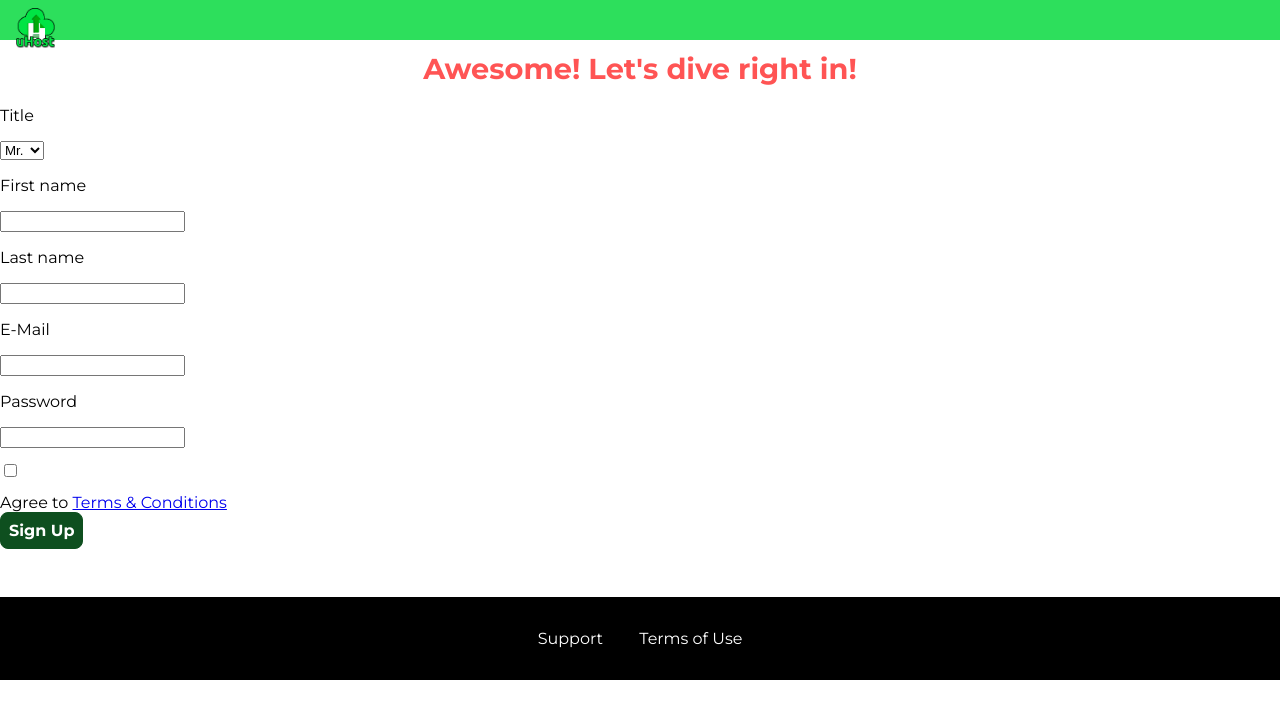
Repository: Nowacki97PL/UdemyCSS
Page: start-hosting/index.html
An editor plug-in stored every save of this project. The page is shown before and after the next save, followed by the edit.
The browser window is 1280 px wide. The page is 1280 px wide, then 1284 px, then 1280 px, so the pictures cover 1284 px, including what lies to the right of the window. The pictures show the whole page.

Above is the page before, as saved 2023-11-30 09:32:46.

After the next save:
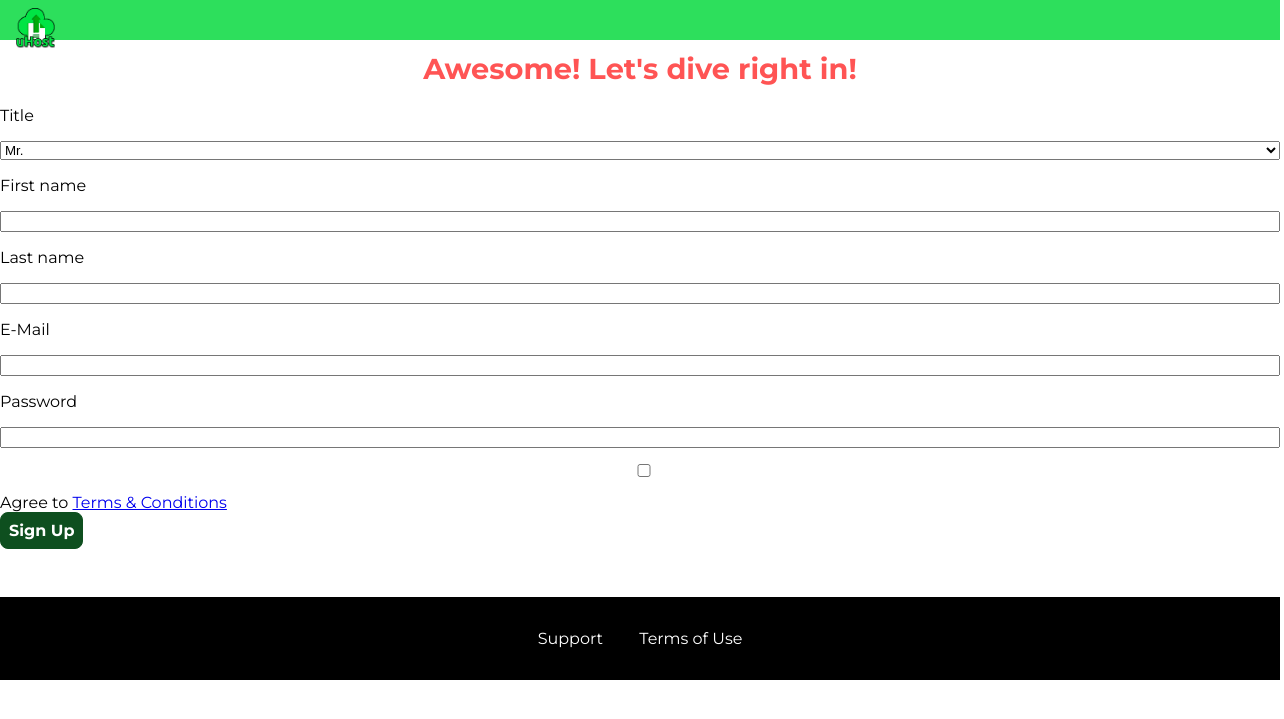
Saved 4 s later.
--- a/start-hosting/start-hosting.css
+++ b/start-hosting/start-hosting.css
@@ -13,5 +13,5 @@
 .signup-form select {
     display: block;
     margin-top: 1rem;
-    width: 100;
+    width: 100vw;
 }

After the save that followed:
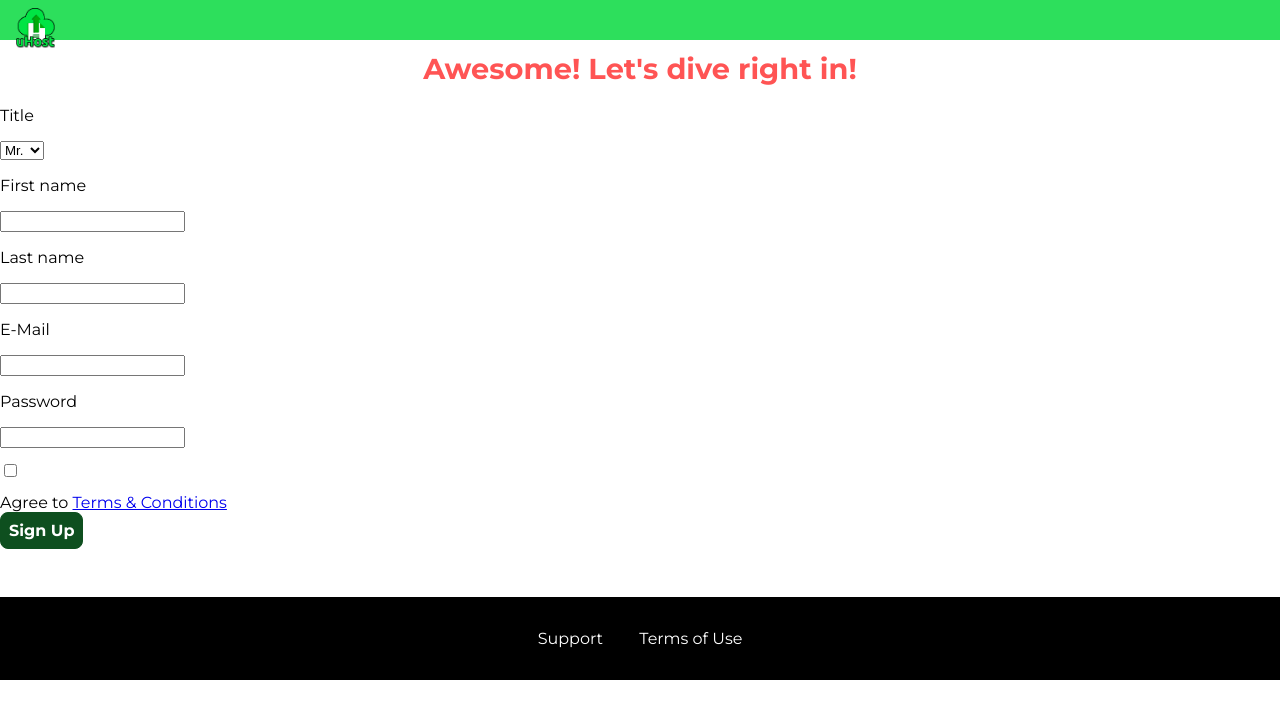
Saved 10 s later.
--- a/start-hosting/start-hosting.css
+++ b/start-hosting/start-hosting.css
@@ -13,5 +13,5 @@
 .signup-form select {
     display: block;
     margin-top: 1rem;
-    width: 100vw;
+    width: 100;
 }
